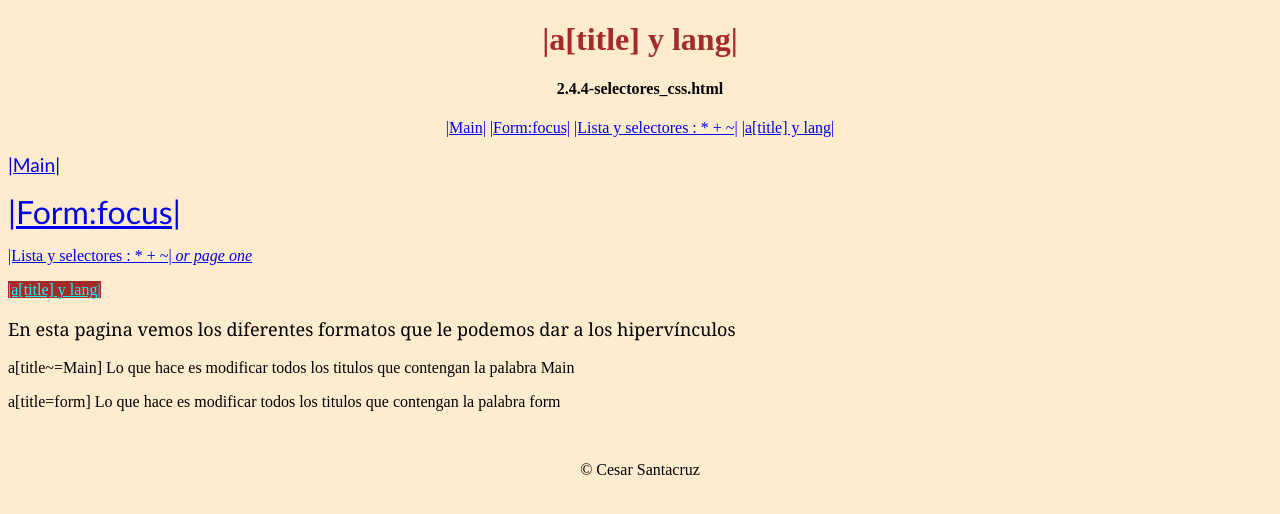
Repository: cesarsant0203/My_Study
Page: Introducción al desarrollo web/2-Css/2.4.4-selectores_css.html
An editor plug-in stored every save of this project. The page is shown before and after the next save, followed by the edit.
The browser window is 1280 px wide. The pictures show the whole page.

Above is the page before, as saved 2020-04-28 20:05:08.

### Introducción al desarrollo web/2-Css/2.4.4-selectores_css.html
<!DOCTYPE html>
<html lang="es">

<head>
    <meta charset="utf-8" />
    <title> Selectores CSS </title>
    <link href="2.4.4-selectores_css.css" rel="stylesheet" />
</head>

<body>

    <h1 id="titulo">|a[title] y lang|</h1>
    <h4>2.4.4-selectores_css.html</h4>
    <section id="mySection" class="box">
        <nav>
            <a href="2.4-selectores_css.html">|Main|</a>
            <a href="2.4.2-selectores_css.html">|Form:focus|</a>
            <a href="2.4.3-selectores_css.html">|Lista y selectores : * + ~|</a>
            <a href="2.4.4-selectores_css.html">|a[title] y lang|</a>
        </nav>
    </section>
    <section id="SectionTwo" class="box">
        <nav>
            <p>
                <a href="2.4-selectores_css.html" title="Main">|Main|</a>
            </p>
            <p>
                <a href="2.4.2-selectores_css.html" title="Visitado">|Form:focus|</a>
            </p>
            <p>
                <a href="2.4.3-selectores_css.html" title="Pagina 1">|Lista y selectores : * + ~|
                    <span lang="en"> or page one</span></a>
            </p>
            <p>
                <a href="2.4.4-selectores_css.html" id="top-one">|a[title] y lang|</a>
            </p>
        </nav>
    </section>
    <article>
        <p id="p1">
            En esta pagina vemos los diferentes formatos que le podemos
             dar a los hipervínculos
        </p>
        <p>a[title~=Main] Lo que hace es modificar todos los titulos que contengan
            la palabra Main
        </p>
        <p>a[title=form] Lo que hace es modificar todos los titulos que contengan
            la palabra form</p>
        <p></p>
        <p></p>
    </article>
    <footer>
        &copy Cesar Santacruz
    </footer>
</body>

</html>

### Introducción al desarrollo web/2-Css/2.4.4-selectores_css.css
/*a[title]{
    font-weight: bold;
}
*/
*{
    background-color: blanchedalmond;
}
h1#titulo, h4, section#mySection {
    text-align: center;
}
h1 {
    color: brown;
}

a[title=Visitado]{
    font-family: 'Gill Sans', 'Gill Sans MT', Calibri, 'Trebuchet MS', sans-serif;
    font-size: xx-large;
}
a[id |=top] {
    background-color: brown;
    color: aqua;
}
a[title~=Main]{
    font-family: 'Gill Sans', 'Gill Sans MT', Calibri, 'Trebuchet MS', sans-serif;
    font-size: larger;
}
:lang(en){
    font-style: italic;
}
p#p1 {
    font-family: Georgia, 'Times New Roman', Times, serif;
    font-size: large;

}
footer {
    position: relative;
    margin-top: 50px;
    text-align: center;
    height: 30px;
}

After the next save:
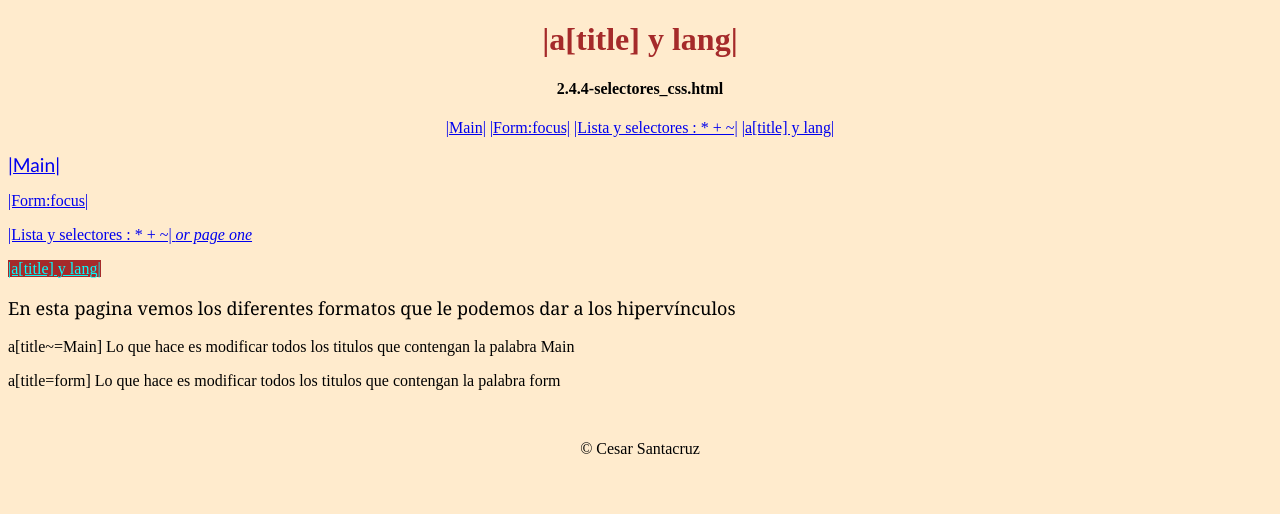
Saved 4 s later.
--- a/Introducción al desarrollo web/2-Css/2.4.4-selectores_css.html
+++ b/Introducción al desarrollo web/2-Css/2.4.4-selectores_css.html
@@ -25,7 +25,7 @@
                 <a href="2.4-selectores_css.html" title="Main">|Main|</a>
             </p>
             <p>
-                <a href="2.4.2-selectores_css.html" title="Visitado">|Form:focus|</a>
+                <a href="2.4.2-selectores_css.html" title="form">|Form:focus|</a>
             </p>
             <p>
                 <a href="2.4.3-selectores_css.html" title="Pagina 1">|Lista y selectores : * + ~|

After the save that followed:
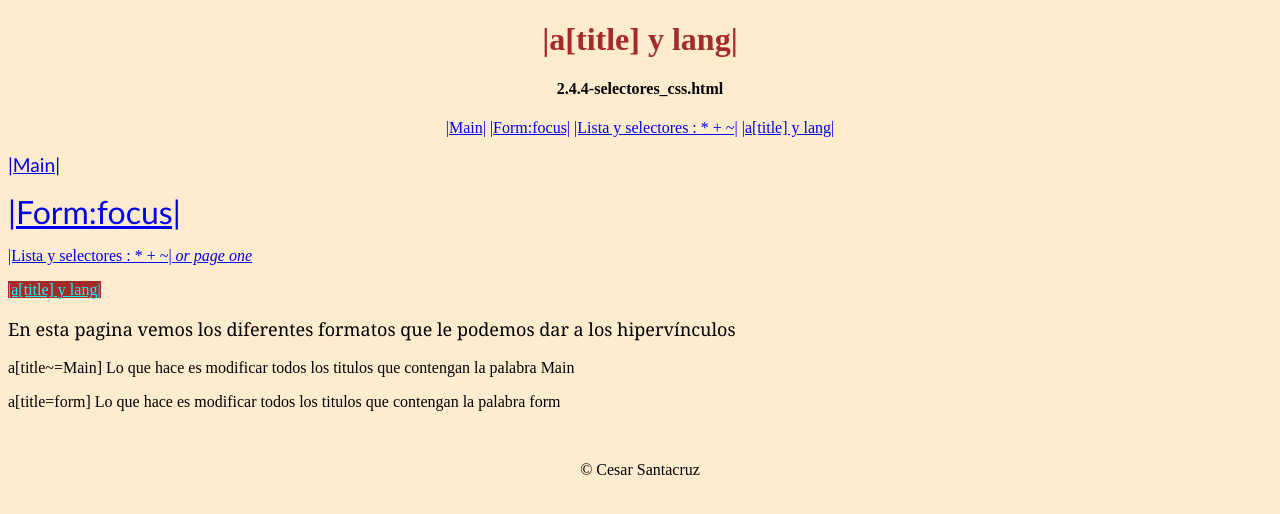
Saved 7 s later.
--- a/Introducción al desarrollo web/2-Css/2.4.4-selectores_css.css
+++ b/Introducción al desarrollo web/2-Css/2.4.4-selectores_css.css
@@ -12,7 +12,7 @@ h1 {
     color: brown;
 }
 
-a[title=Visitado]{
+a[title=form]{
     font-family: 'Gill Sans', 'Gill Sans MT', Calibri, 'Trebuchet MS', sans-serif;
     font-size: xx-large;
 }
